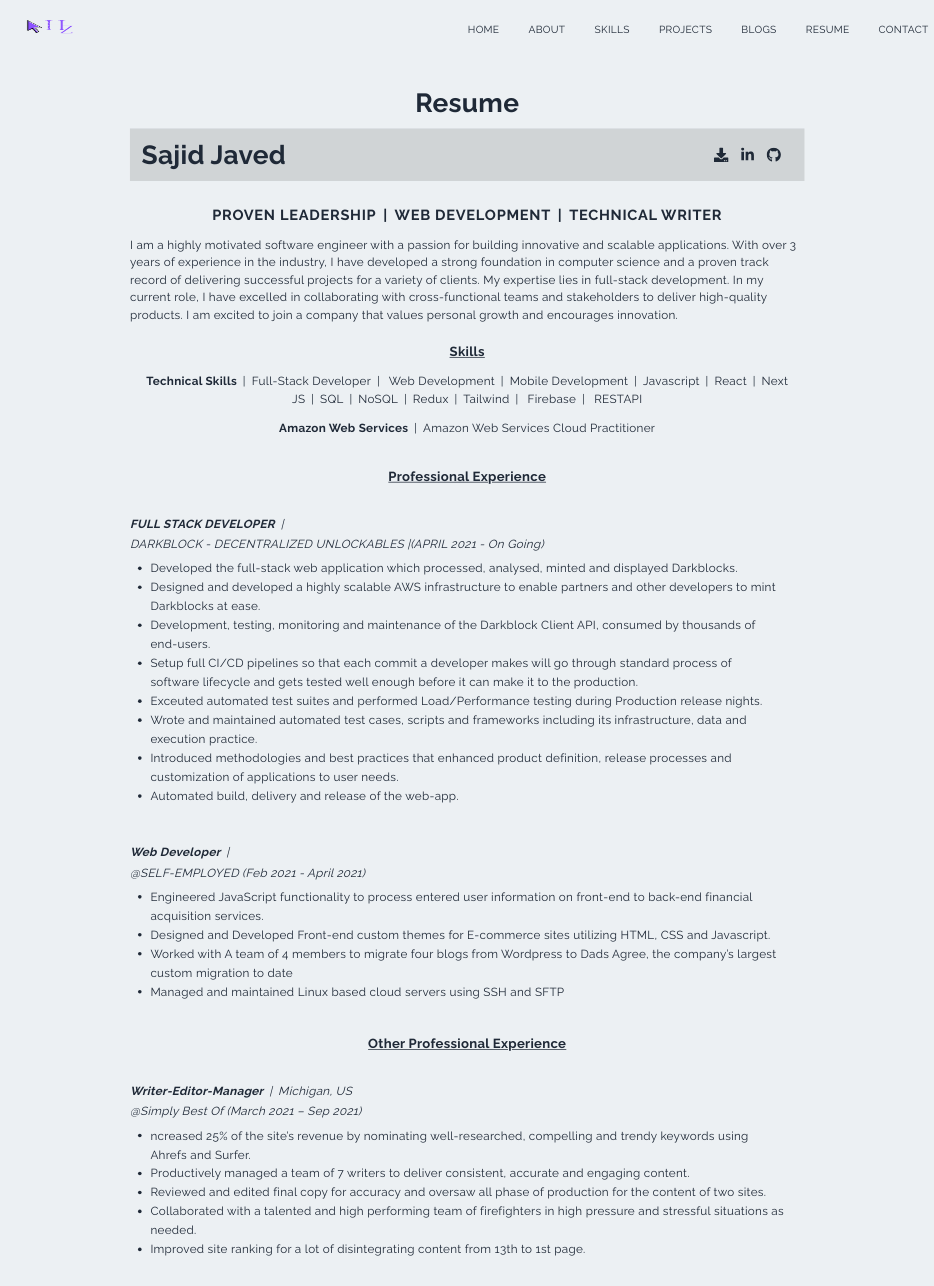
Repository: Hasnainzxc/testofolio
Page: /resume
An editor plug-in stored every save of this project. The page is shown before and after the next save, followed by the edit.
The browser window is 1280 px wide. The pictures show the whole page, at 73% of full size.
The project was rebuilt for these pictures with package versions that can differ from the ones it lists, and the page was loaded fresh each time. The framework's server and built-in components were replaced by stand-ins that run in the browser. Also part of the build but not shown: next.config.js.

Above is the page before, as saved 2023-02-21 15:22:25.

After the next save:
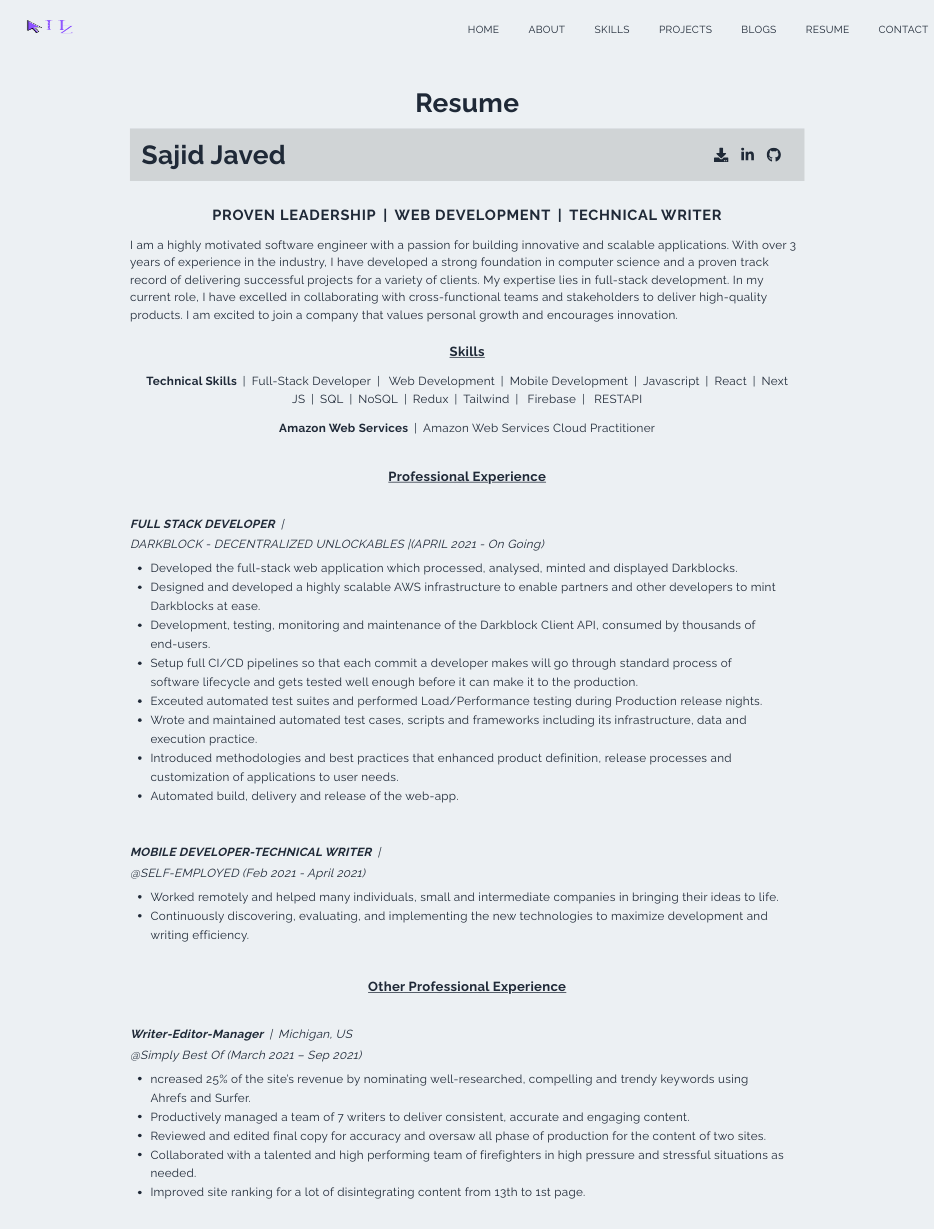
Saved 99 s later.
--- a/pages/resume.jsx
+++ b/pages/resume.jsx
@@ -147,7 +147,7 @@
         <div className='py-6'>
           <p className='italic'>
             <span className='font-bold italic'>
-            Web Developer
+             MOBILE DEVELOPER-TECHNICAL WRITER
             </span>
             <span className='px-2'>|</span>
           </p>
@@ -155,20 +155,14 @@
  (Feb 2021 - April 2021)</p>
           <ul className='list-disc list-outside px-7 py-1 leading-relaxed'>
             <li>
-            Engineered JavaScript functionality to process entered user information
-on front-end to back-end financial acquisition services.
-            </li>
-            <li>
-            Designed and Developed Front-end custom themes for E-commerce
-sites utilizing HTML, CSS and Javascript.
-            </li>
-            <li>
-                Worked with A team of 4 members to migrate four blogs from Wordpress to Dads Agree, the company’s largest custom migration to date
-            </li>
-            <li>
-            Managed and maintained Linux based cloud servers using SSH and
-SFTP
-            </li>
+            Worked remotely and helped many individuals, small and intermediate
+companies in bringing their ideas to life.
+            </li>
+            <li>
+            Continuously discovering, evaluating, and implementing the new technologies
+to maximize development and writing efficiency.
+            </li>
+
           </ul>
         </div>
 
